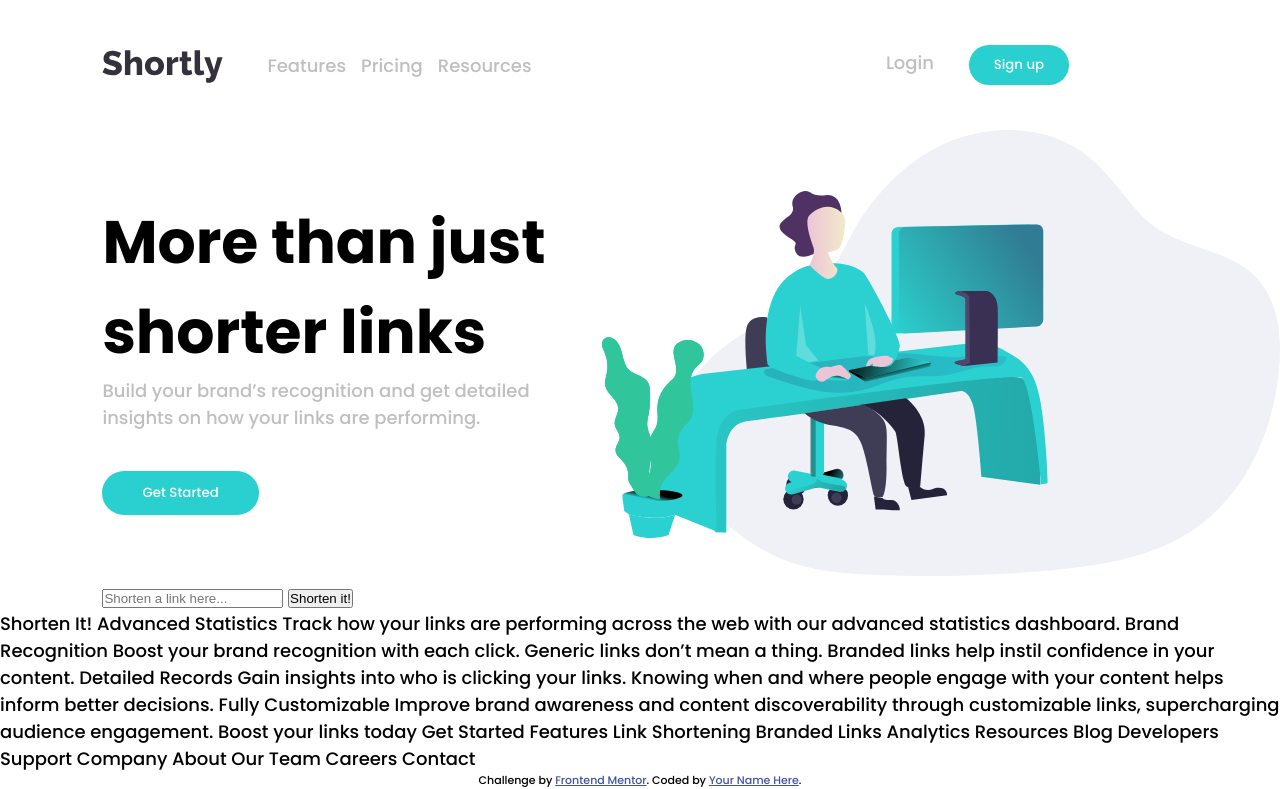
Repository: mamulini/URL-shortener
Page: index.html
These files come from the project's save history. The page is drawn as it stood at one moment and after the next save; the edit follows.
The browser window is 1280 px wide. The pictures show the whole page.
The style sheet was rebuilt from its Sass, Less or Tailwind sources for each picture, by a compiler version that may differ from the author's.

Above is the page before, as saved 2020-04-11 21:19:51.

After the next save:
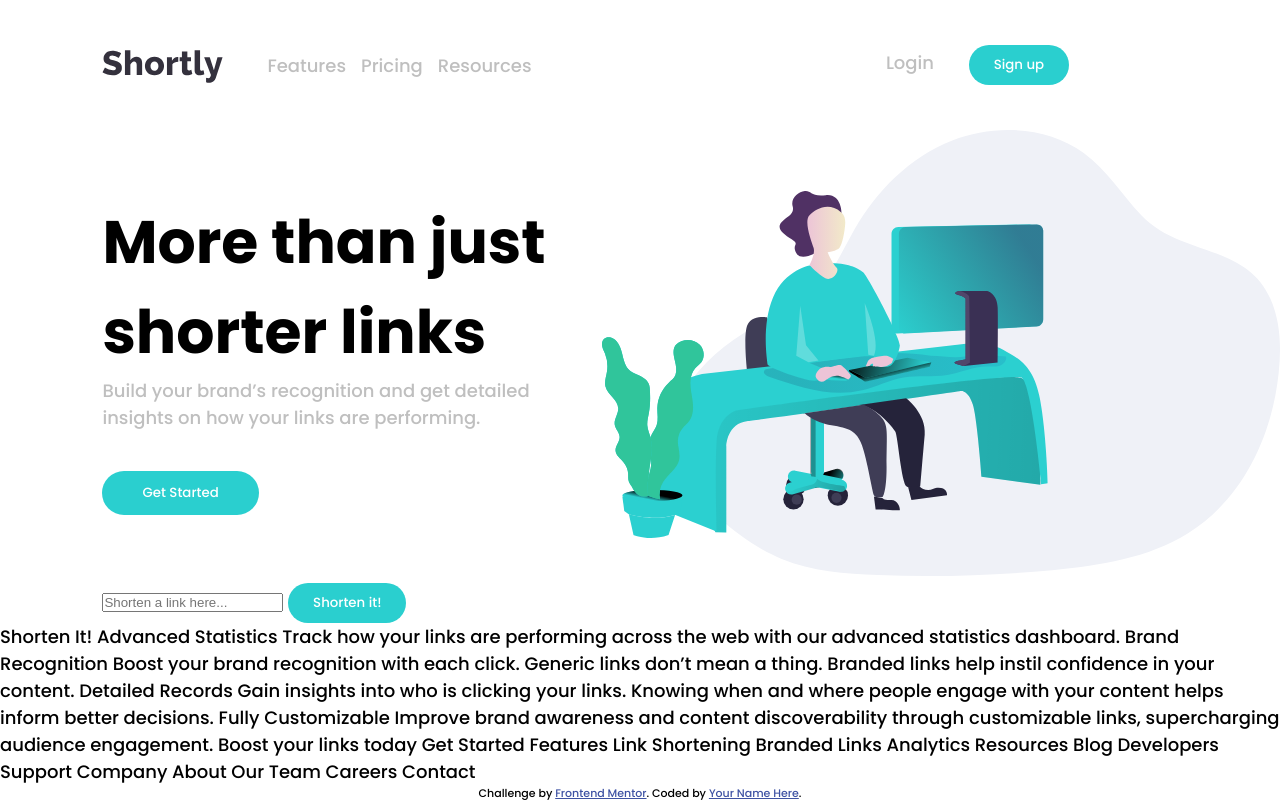
Saved 14 s later.
--- a/index.html
+++ b/index.html
@@ -45,7 +45,7 @@
     <div class="shorten container">
       <div class="shorten__handler">
         <input class="shorten__input" type="text" placeholder="Shorten a link here...">
-        <button type="button">Shorten it!</button>
+        <button class="shorten__btn btn--blue" type="button">Shorten it!</button>
       </div>
     </div>
   </main>
